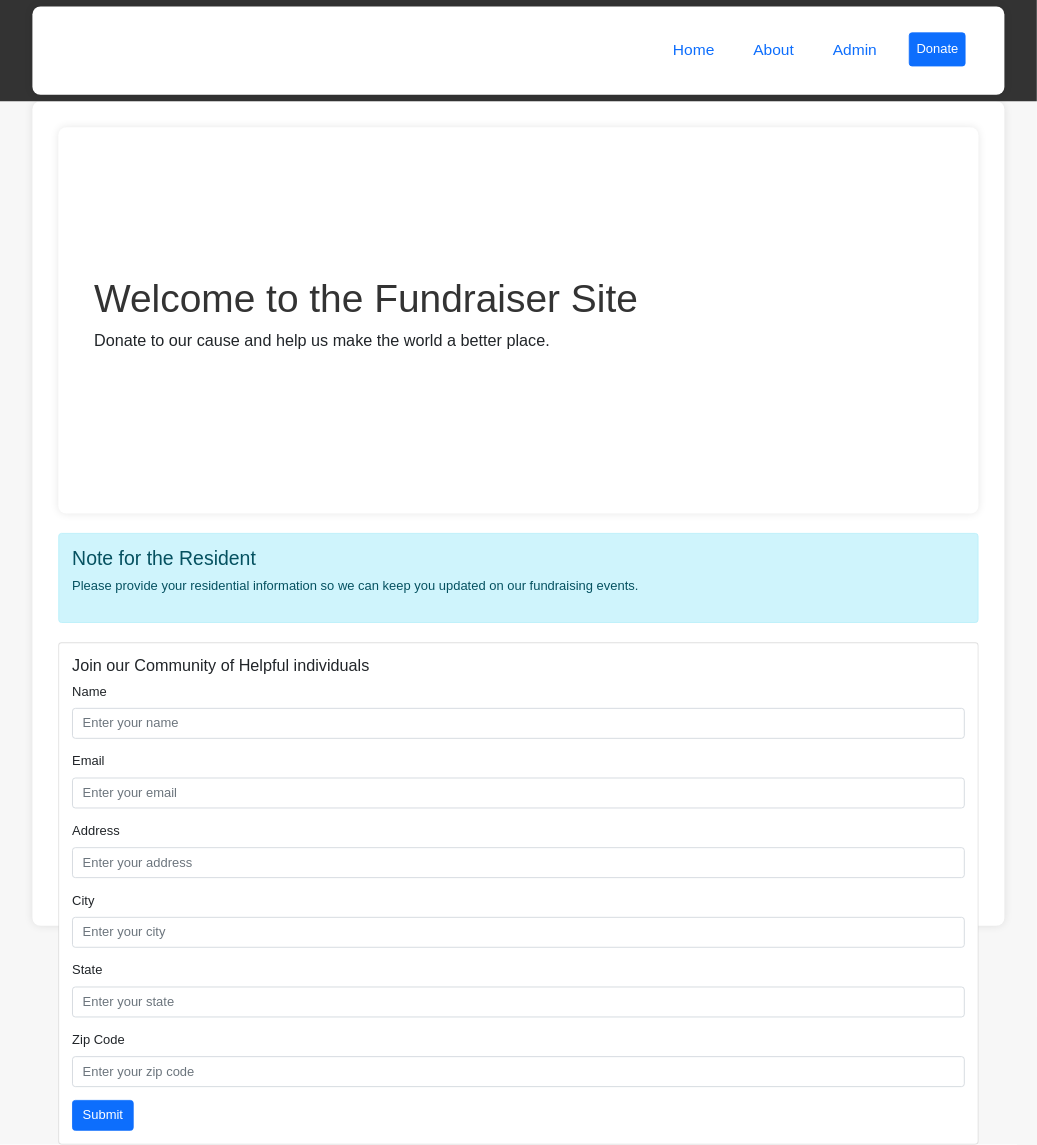
Repository: DragonFruit8/Fundraiser-Page
Page: /
These files come from the project's save history. The page is drawn as it stood at one moment and after the next save; the edit follows.
The browser window is 1280 px wide. The pictures show the whole page, at 81% of full size.
The project was rebuilt for these pictures with package versions that can differ from the ones it lists, and the page was loaded fresh each time. Also part of the build but not shown: src/pages/About.js, src/pages/Donate.js, src/pages/Admin.js.

Above is the page before, as saved 2024-07-19 14:09:10.

### public/index.html
<!DOCTYPE html>
<html lang="en">
  <head>
    <meta charset="utf-8" />
    <link rel="icon" href="%PUBLIC_URL%/favicon.ico" />
    <meta name="viewport" content="width=device-width, initial-scale=1" />
    <meta name="theme-color" content="#000000" />
    <meta
      name="description"
      content="Web site created using create-react-app"
    />
    <link rel="apple-touch-icon" href="%PUBLIC_URL%/logo192.png" />
    <link
      href="https://cdn.jsdelivr.net/npm/bootstrap@5.0.2/dist/css/bootstrap.min.css"
      rel="stylesheet"
      integrity="sha384-EVSTQN3/azprG1Anm3QDgpJLIm9Nao0Yz1ztcQTwFspd3yD65VohhpuuCOmLASjC"
      crossorigin="anonymous"
    />
    <!--
      manifest.json provides metadata used when your web app is installed on a
      user's mobile device or desktop. See https://developers.google.com/web/fundamentals/web-app-manifest/
    -->
    <link rel="manifest" href="%PUBLIC_URL%/manifest.json" />
    <!--
      Notice the use of %PUBLIC_URL% in the tags above.
      It will be replaced with the URL of the `public` folder during the build.
      Only files inside the `public` folder can be referenced from the HTML.

      Unlike "/favicon.ico" or "favicon.ico", "%PUBLIC_URL%/favicon.ico" will
      work correctly both with client-side routing and a non-root public URL.
      Learn how to configure a non-root public URL by running `npm run build`.
    -->
    <title>React App</title>
  </head>
  <body>
    <noscript>You need to enable JavaScript to run this app.</noscript>
    <div id="root"></div>
    <!--
      This HTML file is a template.
      If you open it directly in the browser, you will see an empty page.

      You can add webfonts, meta tags, or analytics to this file.
      The build step will place the bundled scripts into the <body> tag.

      To begin the development, run `npm start` or `yarn start`.
      To create a production bundle, use `npm run build` or `yarn build`.
    -->
    <script
      src="https://cdn.jsdelivr.net/npm/bootstrap@5.0.2/dist/js/bootstrap.bundle.min.js"
      integrity="sha384-MrcW6ZMFYlzcLA8Nl+NtUVF0sA7MsXsP1UyJoMp4YLEuNSfAP+JcXn/tWtIaxVXM"
      crossorigin="anonymous"
    ></script>
    <script
      src="https://cdn.jsdelivr.net/npm/@popperjs/core@2.9.2/dist/umd/popper.min.js"
      integrity="sha384-IQsoLXl5PILFhosVNubq5LC7Qb9DXgDA9i+tQ8Zj3iwWAwPtgFTxbJ8NT4GN1R8p"
      crossorigin="anonymous"
    ></script>
    <script
      src="https://cdn.jsdelivr.net/npm/bootstrap@5.0.2/dist/js/bootstrap.min.js"
      integrity="sha384-cVKIPhGWiC2Al4u+LWgxfKTRIcfu0JTxR+EQDz/bgldoEyl4H0zUF0QKbrJ0EcQF"
      crossorigin="anonymous"
    ></script>
  </body>
</html>

### src/App.js
import React from 'react';
import { BrowserRouter as Router, Route, Routes } from 'react-router-dom';
import Home from './pages/HomeContainer';
import About from './pages/About';
import Donate from './pages/Donate';
import Admin from './pages/Admin';
import GlobalStyle from './globalStyles';
import Navbar from './components/Navbar';

const App = () => {
  return (
    <Router>
      <GlobalStyle />
        <Navbar />
      <Routes>
          <Route exact path="/" element={<Home />} />
          <Route path="/about" element={<About />} />
          <Route path="/donate" element={<Donate />} />
          <Route path="/admin" element={<Admin />} />
      </Routes>
    </Router>
  );
};

export default App;

### src/pages/HomeContainer.js

import React, { useState } from 'react';


const HomeContainer = () => {
    const [residentialInfo, setResidentialInfo] = useState({
        name: '',
        email: '',
        address: '',
        city: '',
        state: '',
        zipCode: ''
    });

    const handleChange = (e) => {
        setResidentialInfo({
            ...residentialInfo,
            [e.target.name]: e.target.value
        });
    };

    const handleSubmit = (e) => {
        e.preventDefault();
        // Send residentialInfo to the association for neighbors
        console.log(residentialInfo);
        // Reset the form
        setResidentialInfo({
            name: '',
            email: '',
            address: '',
            city: '',
            state: '',
            zipCode: ''
        });
    };

    return (
        <section className="container">
            <div className="row justify-content-center">
                <div className="col">
                    <div className="d-flex container row h-50 justify-content-center align-items-center">
                        <div className="col">
                            <h1 className="display-5">Welcome to the Fundraiser Site</h1>
                            <p className="lead">Donate to our cause and help us make the world a better place.</p>
                        </div>
                    </div>
                    {/* A note for the resident */}
                    <div className="alert alert-info mt-4" role="alert">
                        <h4 className="alert-heading">Note for the Resident</h4>
                        <p>
                            Please provide your residential information so we can keep you updated on our fundraising events.
                        </p>
                    </div>
                    <div className="card mt-4">
                        <div className="card-body">
                            <h5 className="card-title">Join our Community of Helpful individuals</h5>
                            <form onSubmit={handleSubmit}>
                                <div className="mb-3">
                                    <label htmlFor="name" className="form-label">Name</label>
                                    <input type="text" className="form-control" id="name" placeholder="Enter your name" />
                                </div>
                                <div className="mb-3">
                                    <label htmlFor="email" className="form-label">Email</label>
                                    <input type="email" className="form-control" id="email" placeholder="Enter your email" />
                                </div>
                                <div className="mb-3">
                                    <label htmlFor="address" className="form-label">Address</label>
                                    <input type="text" className="form-control" id="address" name="address" value={residentialInfo.address} onChange={handleChange} placeholder="Enter your address" />
                                </div>
                                <div className="mb-3">
                                    <label htmlFor="city" className="form-label">City</label>
                                    <input type="text" className="form-control" id="city" name="city" value={residentialInfo.city} onChange={handleChange} placeholder="Enter your city" />
                                </div>
                                <div className="mb-3">
                                    <label htmlFor="state" className="form-label">State</label>
                                    <input type="text" className="form-control" id="state" name="state" value={residentialInfo.state} onChange={handleChange} placeholder="Enter your state" />
                                </div>
                                <div className="mb-3">
                                    <label htmlFor="zipCode" className="form-label">Zip Code</label>
                                    <input type="text" className="form-control" id="zipCode" name="zipCode" value={residentialInfo.zipCode} onChange={handleChange} placeholder="Enter your zip code" />
                                </div>
                                <button type="submit" className="btn btn-primary">Submit</button>
                            </form>
                        </div>
                    </div>
                </div>
            </div>
        </section>
    );
    };


export default HomeContainer;

### src/globalStyles.js
import { createGlobalStyle } from 'styled-components';

const GlobalStyle = createGlobalStyle`
  body {
    margin: 0;
    padding: 0;
    font-family: 'Arial', sans-serif;
    background-color: #f7f7f7;
  }

  nav {
    background-color: #333;
    padding: 1rem;
    display: flex;
    justify-content: center;
  }

  nav a {
    color: #fff;
    margin: 0 1rem;
    text-decoration: none;
    font-size: 1.2rem;
  }

  nav a:hover {
    text-decoration: underline;
  }

  .container {
    max-width: 1200px;
    margin: 0 auto;
    padding: 2rem;
    background-color: #fff;
    box-shadow: 0 0 10px rgba(0, 0, 0, 0.1);
    border-radius: 10px;
  }

  h1 {
    color: #333;
  }

  button {
    background-color: #007BFF;
    color: #fff;
    border: none;
    padding: 0.5rem 1rem;
    font-size: 1rem;
    border-radius: 5px;
    cursor: pointer;
  }

  button:hover {
    background-color: #0056b3;
  }

  input {
    padding: 0.5rem;
    font-size: 1rem;
    margin-right: 0.5rem;
    border-radius: 5px;
    border: 1px solid #ccc;
  }
`;

export default GlobalStyle;

### src/components/Navbar.js
import React from 'react';
import { Link } from 'react-router-dom';

const Navbar = () => {
    return (
        <nav className="navbar navbar-expand-lg">
            <div className="container bg-black">
                <Link className="navbar-brand" to="/">Fundraiser Site</Link>
                <button className="navbar-toggler" type="button" data-bs-toggle="collapse" data-bs-target="#navbarNav" aria-controls="navbarNav" aria-expanded="false" aria-label="Toggle navigation">
                    <span className="navbar-toggler-icon"></span>
                </button>
                <div className="collapse navbar-collapse" id="navbarNav">
                    <ul className="navbar-nav ms-auto">
                        <li className="nav-item">
                            <Link className="nav-link" to="/">Home</Link>
                        </li>
                        <li className="nav-item">
                            <Link className="nav-link" to="/about">About</Link>
                        </li>
                        <li className="nav-item">
                            <Link className="nav-link" to="/admin">Admin</Link>
                        </li>
                        <li className="nav-item">
                            <Link className="nav-link btn btn-primary text-white" to="/donate">Donate</Link>
                        </li>
                    </ul>
                </div>
            </div>
        </nav>
    );
}

export default Navbar;

Loaded but not shown: src/index.js (common file); src/index.css (common file)

After the next save:
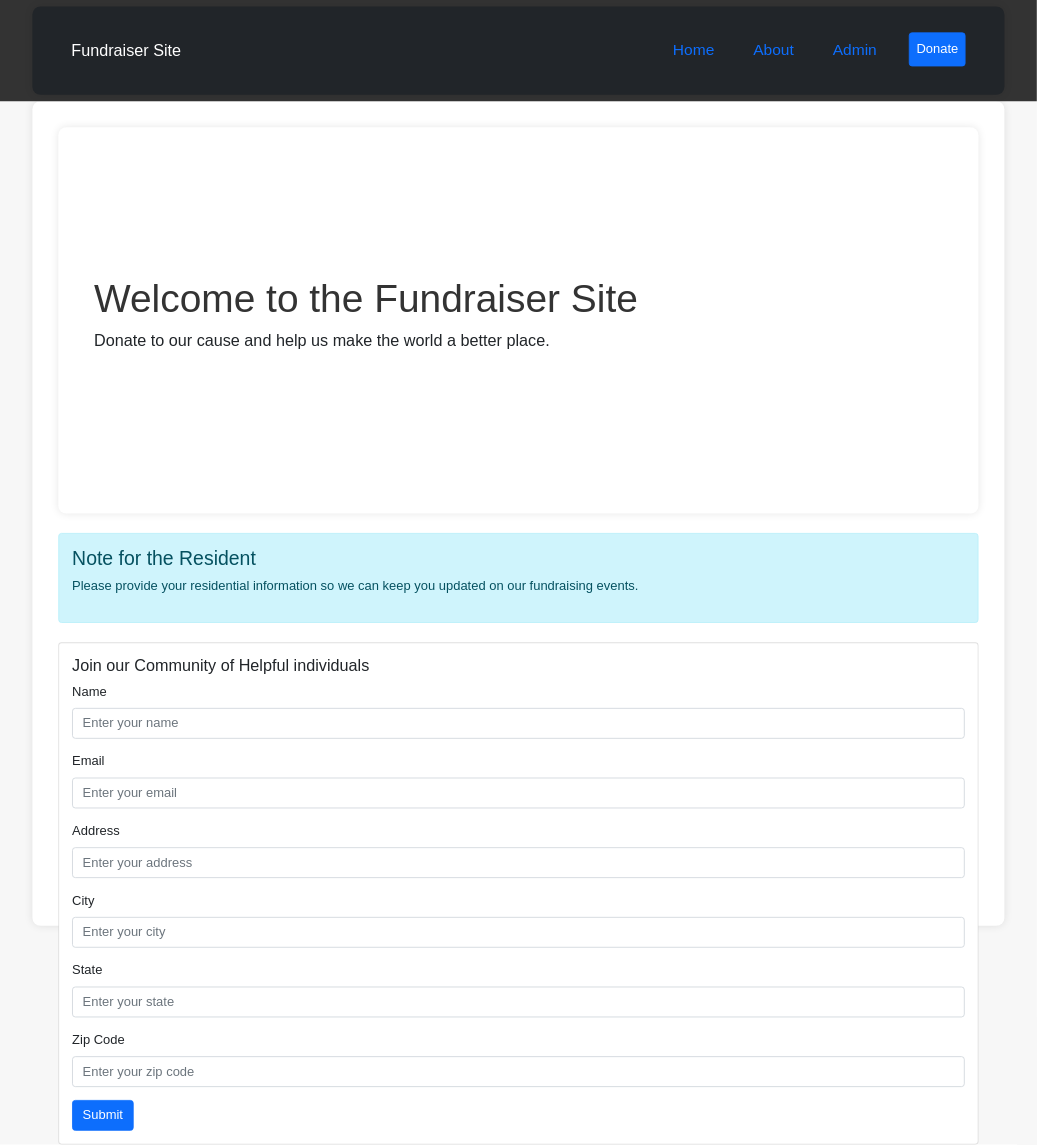
Saved 4 s later.
--- a/src/components/Navbar.js
+++ b/src/components/Navbar.js
@@ -4,7 +4,7 @@ import { Link } from 'react-router-dom';
 const Navbar = () => {
     return (
         <nav className="navbar navbar-expand-lg">
-            <div className="container bg-black">
+            <div className="container bg-dark">
                 <Link className="navbar-brand" to="/">Fundraiser Site</Link>
                 <button className="navbar-toggler" type="button" data-bs-toggle="collapse" data-bs-target="#navbarNav" aria-controls="navbarNav" aria-expanded="false" aria-label="Toggle navigation">
                     <span className="navbar-toggler-icon"></span>
